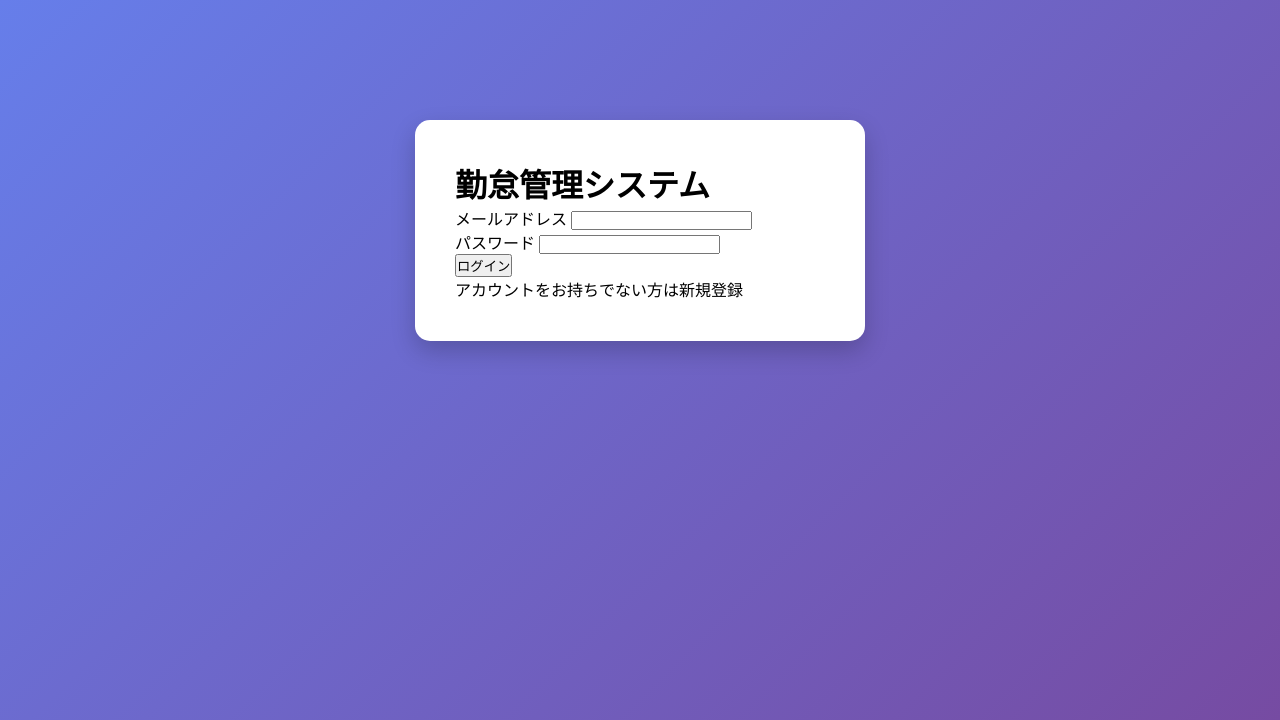
Repository: 04bit/WEB_HCJ
Page: index.html
The author's editor kept a copy of each file at every save. The page is drawn from the files as they stood at one save, then again after the next save.
The browser window is 1280 px wide. The pictures show the whole page.

Above is the page before, as saved 2025-11-25 14:58:45.

### index.html
<!DOCTYPE html>
<html lang="ja">
<head>
    <meta charset="UTF-8">
    <meta name="viewport" content="width=device-width, initial-scale=1.0">
    <title>勤怠管理システム</title>
    <link rel="stylesheet" href="style.css">
</head>
<body>
    <div class="auth-container">
        <h1>勤怠管理システム</h1>
        <div></div>
        <form>
            <div>
                <label>メールアドレス</label>
                <input type="email" id="loginEmail" required>
            </div>
            <div>
                <label>パスワード</label>
                <input type="password" id="loginPassword" required>
            </div>
            <button type="submit">ログイン</button>
        </form>
        <div>
            アカウントをお持ちでない方は<a>新規登録</a>
        </div>
    </div>
</body>
</html>

### style.css
@charset "UTF-8";

* {
    margin: 0;
    padding: 0;
    box-sizing: border-box;
}

body {
    font-family: 'Segoe UI' sans-serif;
    background: linear-gradient(135deg, #667eea 0%, #764ba2 100%);
    min-height: 100vh;
    padding: 20px;
}

.auth-container {
    max-width: 450px;
    margin: 100px auto;
    background: white;
    padding: 40px;
    border-radius: 15px;
    box-shadow: 0 10px 25px rgba(0,0,0,0.2);
}

After the next save:
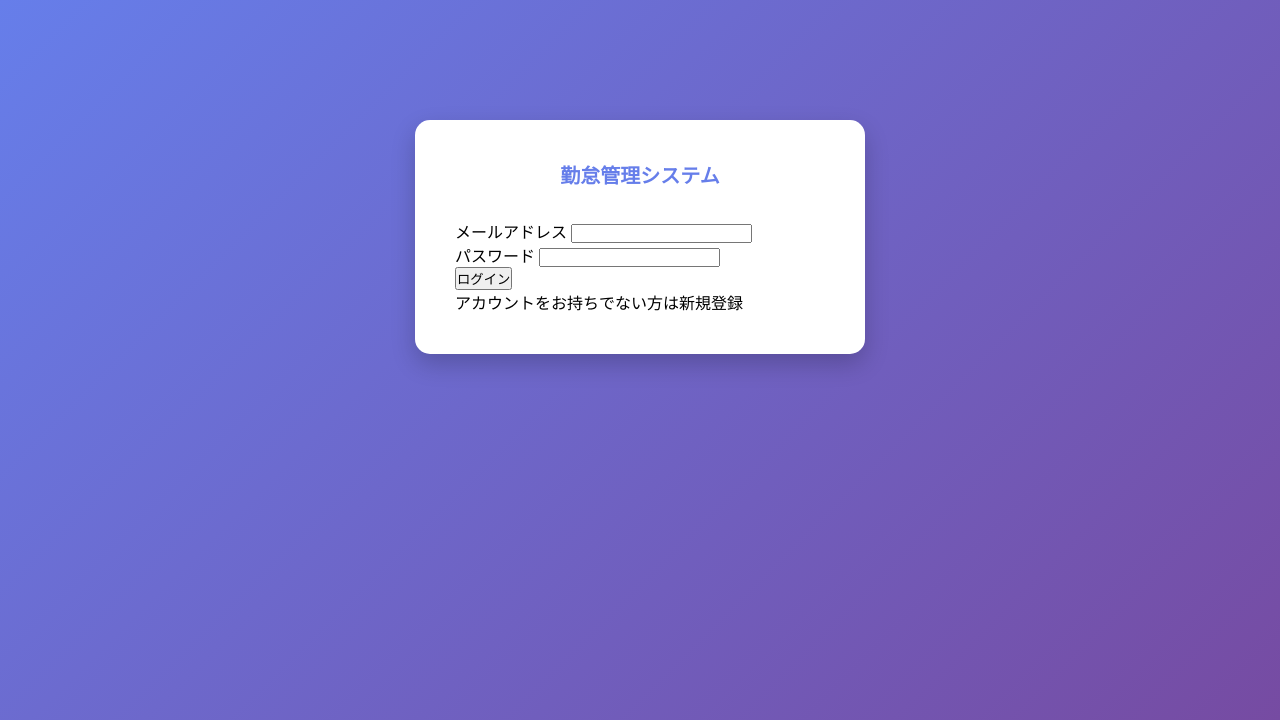
Saved 55 s later.
--- a/style.css
+++ b/style.css
@@ -21,3 +21,10 @@ body {
     border-radius: 15px;
     box-shadow: 0 10px 25px rgba(0,0,0,0.2);
 }
+
+.auth-container h1 {
+    color: #667eea;
+    text-align: center;
+    margin-bottom: 30px;
+    font-size: 20px;
+}
